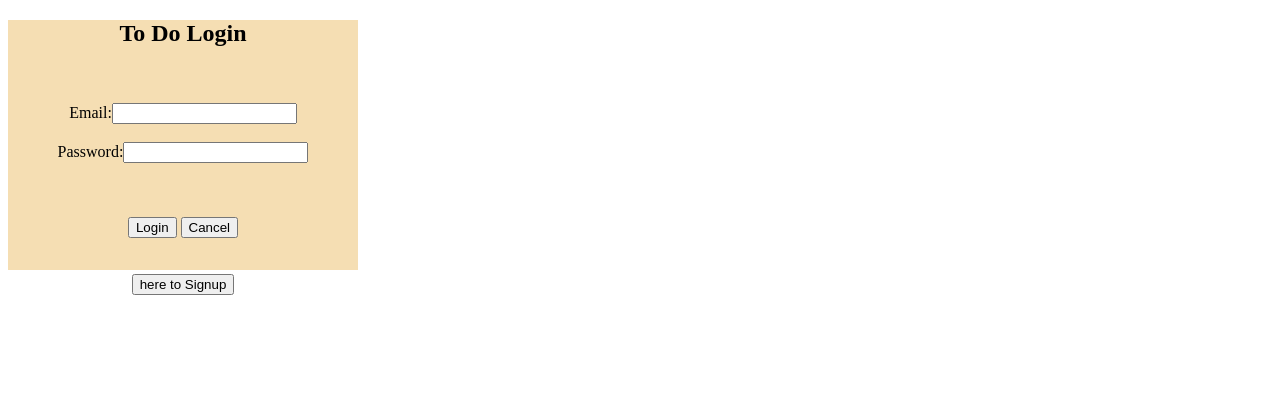
Repository: Spurthiv/todoapp
Page: Servlet_todo_app/src/main/webapp/Login.html
The author's editor kept a copy of each file at every save. The page is drawn from the files as they stood at one save, then again after the next save.
The browser window is 1280 px wide. The pictures show the whole page.

Above is the page before, as saved 2023-11-22 07:36:50.

After the next save:
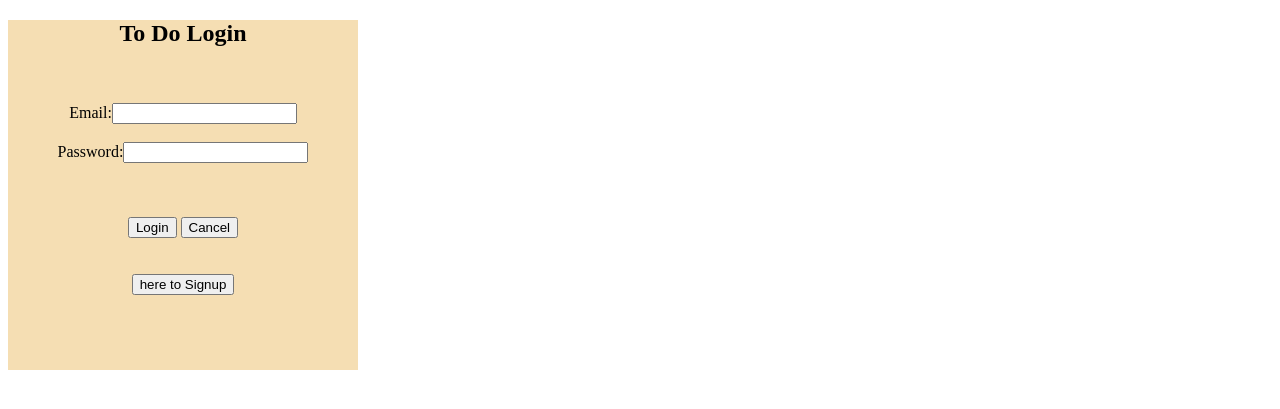
Saved 8 s later.
--- a/Servlet_todo_app/src/main/webapp/Login.html
+++ b/Servlet_todo_app/src/main/webapp/Login.html
@@ -6,7 +6,7 @@
 </head>
     <style>
         form {
-            height: 250px;
+            height: 350px;
             width: 350px;
             background-color: wheat;
             text-decoration-color: blueviolet;
